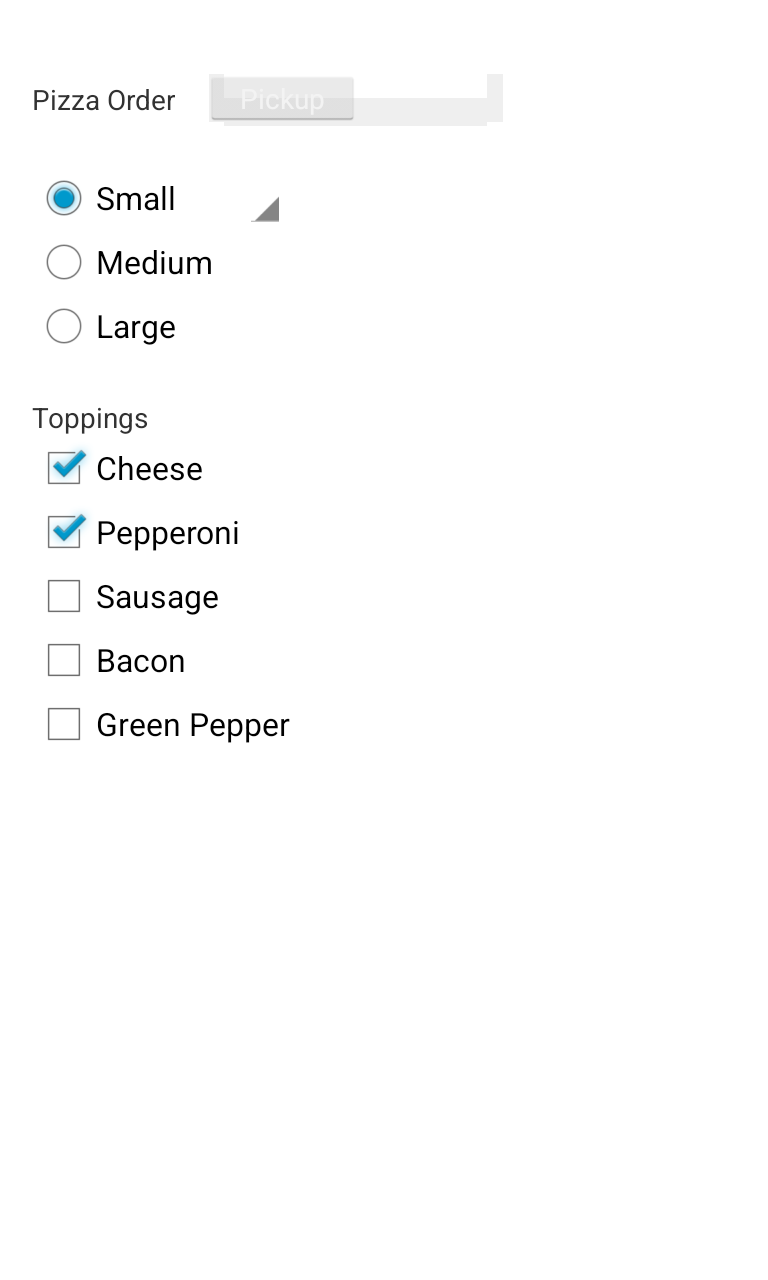
Repository: ericMedeiros93/Android-Dev
Layout: PizzaOrdering/res/layout/activity_main.xml
The author's editor kept a copy of each file at every save. The layout is drawn from the files as they stood at one save, then again after the next save.
It is drawn on a 768 x 1280 px phone screen (xhdpi) without system bars, with theme AppTheme; the app's code is not run.

Above is the layout before, as saved 2014-09-17 16:26:26.

After the next save:
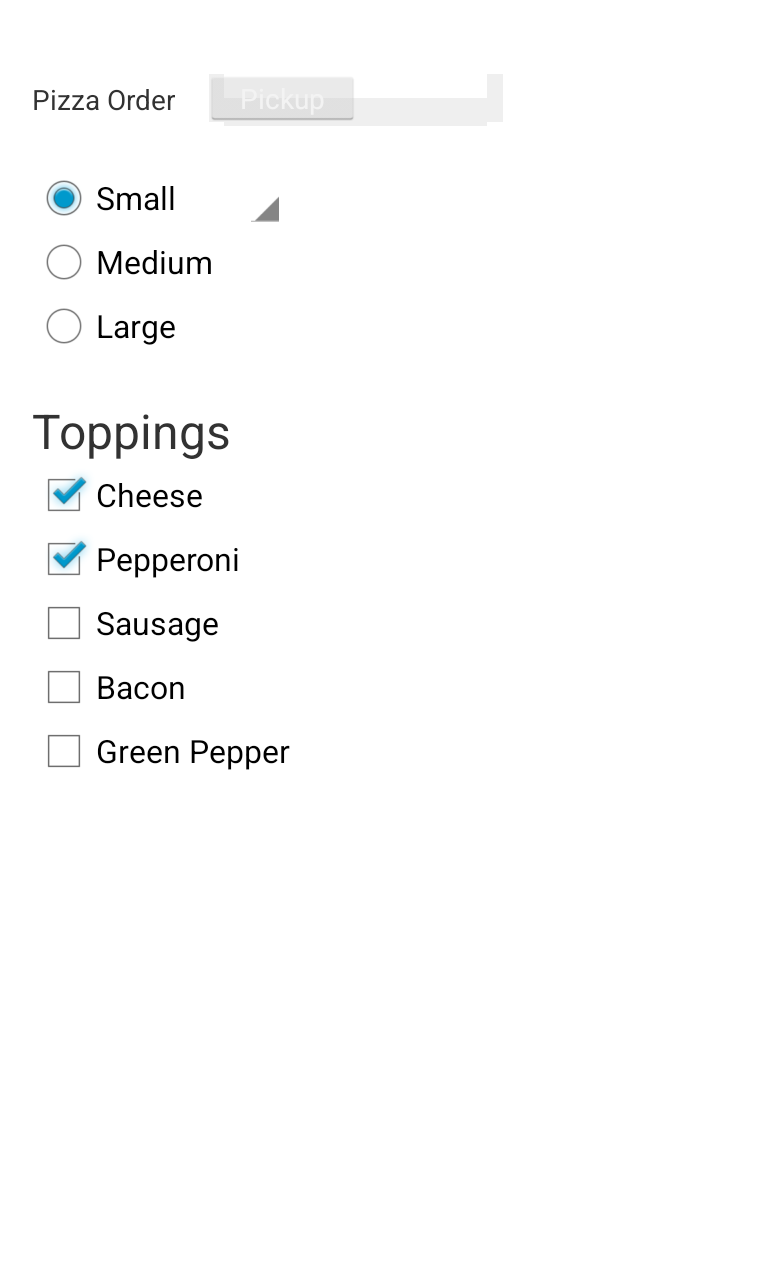
Saved 16 s later.
--- a/PizzaOrdering/res/layout/activity_main.xml
+++ b/PizzaOrdering/res/layout/activity_main.xml
@@ -80,19 +80,20 @@
         <TextView
             android:layout_width="wrap_content"
             android:layout_height="wrap_content"
-            android:text="Toppings" />
+            android:text="Toppings"
+            android:textSize="24sp" />
 
         <CheckBox
             android:layout_width="wrap_content"
             android:layout_height="wrap_content"
-            android:text="Cheese"
-            android:checked="true"/>
+            android:checked="true"
+            android:text="Cheese" />
 
         <CheckBox
             android:layout_width="wrap_content"
             android:layout_height="wrap_content"
-            android:text="Pepperoni"
-            android:checked="true" />
+            android:checked="true"
+            android:text="Pepperoni" />
 
         <CheckBox
             android:layout_width="wrap_content"
